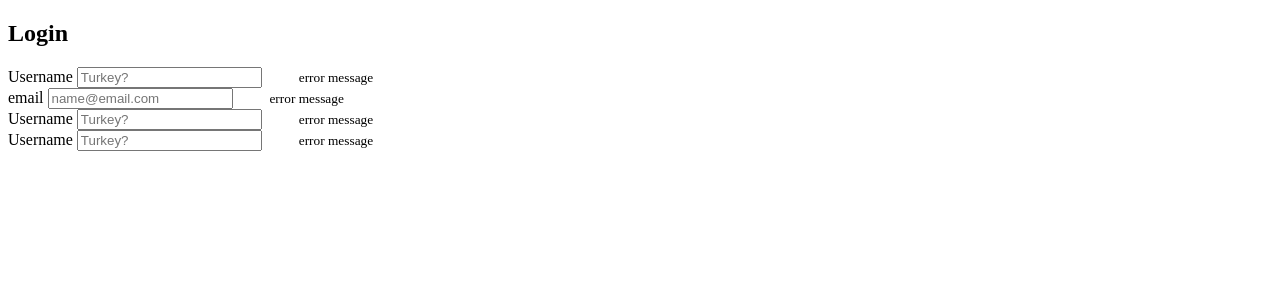
Repository: Abdoulrhman-altyeb/form-_validation-
Page: index.html
The author's editor kept a copy of each file at every save. The page is drawn from the files as they stood at one save, then again after a run of saves.
The browser window is 1280 px wide. The pictures show the whole page.

Above is the page before, as saved 2021-05-23 20:39:09.

### index.html
<!DOCTYPE html>
<html lang="en">
<head>
    <meta charset="UTF-8">
    <meta http-equiv="X-UA-Compatible" content="IE=edge">
    <meta name="viewport" content="width=device-width, initial-scale=1.0">
    <link rel="stylesheet" href="https://cdnjs.cloudflare.com/ajax/libs/font-awesome/5.15.3/css/all.min.css"
        integrity="sha512-iBBXm8fW90+nuLcSKlbmrPcLa0OT92xO1BIsZ+ywDWZCvqsWgccV3gFoRBv0z+8dLJgyAHIhR35VZc2oM/gI1w=="
        crossorigin="anonymous" referrerpolicy="no-referrer" />
    <title>form validation</title>
</head>
<body>
    <div class="conatiner">
        <div class="header">
            <h2>Login</h2>
        </div>
        <form class="form">
            <div class="form-control">
                <label for="username">Username</label>
                <input type="text" placeholder="Turkey?" id="username">
                <i class="fad fa-check-circle"></i>
                <i class="fad fa-exclamation-circle"></i>
                <small>error message</small>
            </div>
            <div class="form-control">
                <label for="email">email</label>
                <input type="email" placeholder="name@email.com" id="email">
                <i class="fad fa-check-circle"></i>
                <i class="fad fa-exclamation-circle"></i>
                <small>error message</small>
            </div>
            <div class="form-control">
                <label for="username">Username</label>
                <input type="text" placeholder="Turkey?" id="username">
                <i class="fad fa-check-circle"></i>
                <i class="fad fa-exclamation-circle"></i>
                <small>error message</small>
            </div>
            <div class="form-control">
                <label for="username">Username</label>
                <input type="text" placeholder="Turkey?" id="username">
                <i class="fad fa-check-circle"></i>
                <i class="fad fa-exclamation-circle"></i>
                <small>error message</small>
            </div>
        </form>
    </div>
</body>
</html>

After the next 4 saves:
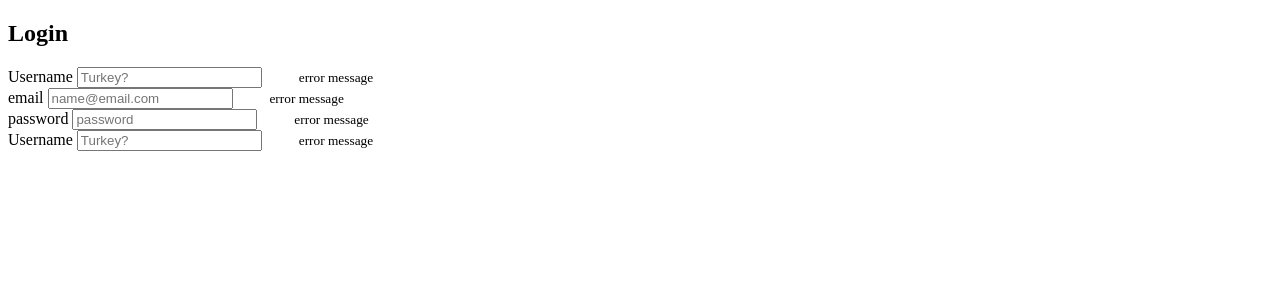
The 4 saves are shown as one change because they came seconds apart.
The last was saved 14 s later.
--- a/index.html
+++ b/index.html
@@ -30,8 +30,8 @@
                 <small>error message</small>
             </div>
             <div class="form-control">
-                <label for="username">Username</label>
-                <input type="text" placeholder="Turkey?" id="username">
+                <label for="password">password</label>
+                <input type="password" placeholder="password" id="password">
                 <i class="fad fa-check-circle"></i>
                 <i class="fad fa-exclamation-circle"></i>
                 <small>error message</small>
